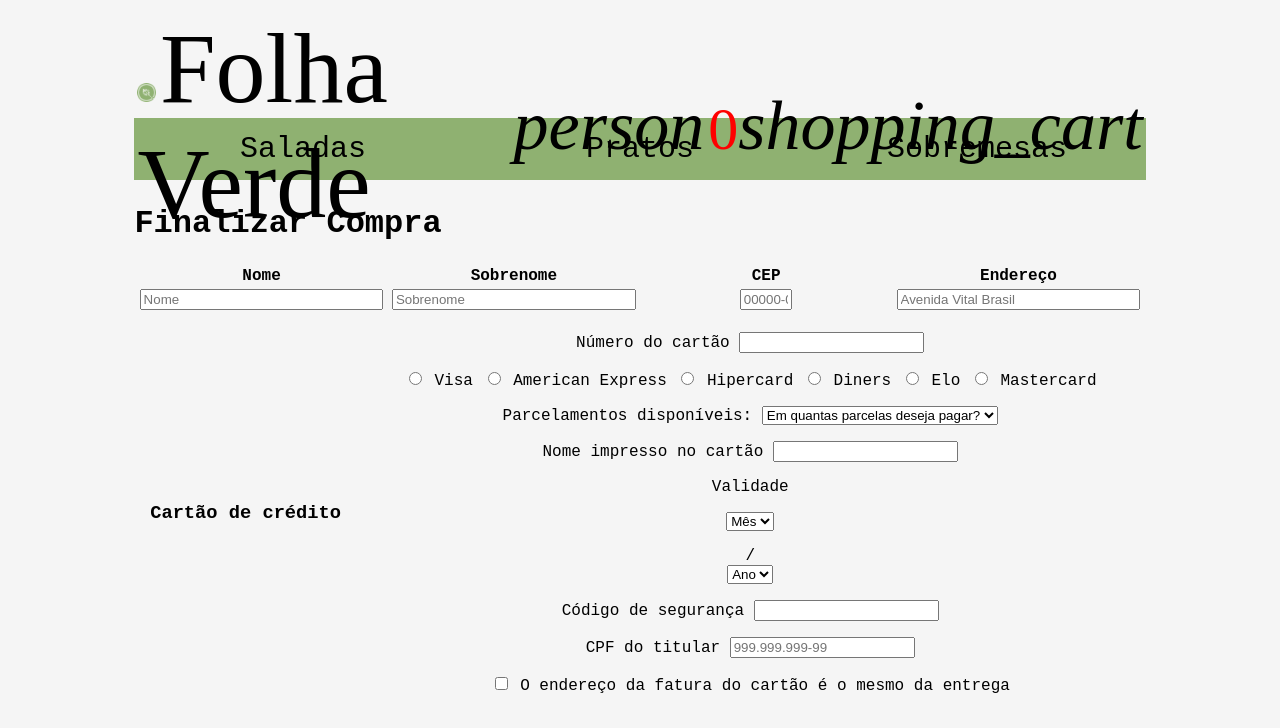
Repository: maaelphd/FolhaVerde
Page: http://localhost/FolhaVerde/Payment.jsp
An editor plug-in stored every save of this project. The page is shown before and after the next save, followed by the edit.
The browser window is 1280 px wide. The pictures show the whole page.
Some web fonts or font styles are not loaded; a fallback is used. The page is served by Tomcat 9.

Above is the page before, as saved 2018-06-04 02:20:37.

After the next save:
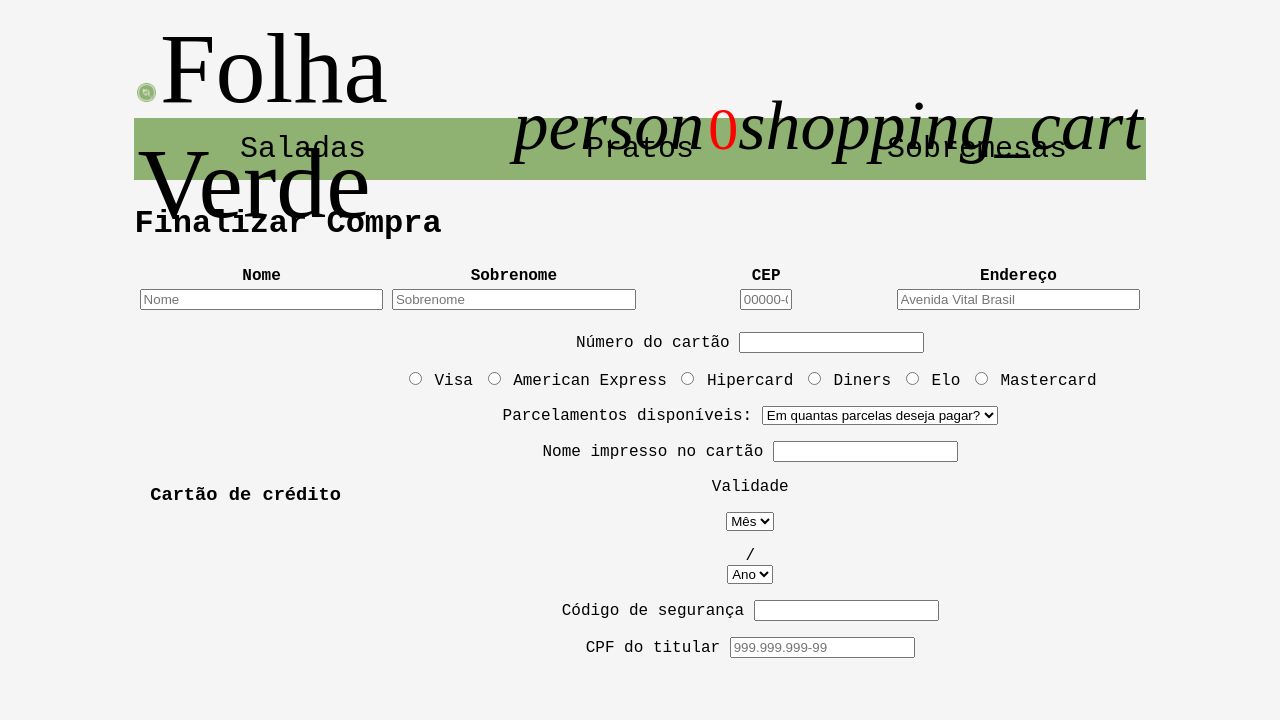
Saved 70 s later.
--- a/FolhaVerde/WebContent/Payment.jsp
+++ b/FolhaVerde/WebContent/Payment.jsp
@@ -170,12 +170,6 @@
 									<label class="FormFieldLabel " for="holder-document-0">CPF do titular</label>
 									<input type="tel" id="holder-document-0" class="input-small  " value="" placeholder="999.999.999-99">
 								</p>
-								<div class="BillingAddress BillingAddress-BRA clearfix">
-									<p class="AddressToggle">
-										<input type="checkbox" id="address-toggle-0" value="on">
-										<label for="address-toggle-0">O endereço da fatura do cartão é o mesmo da entrega</label>
-									</p>
-								</div>
 							</div>
 						</td>
 					</tr>
